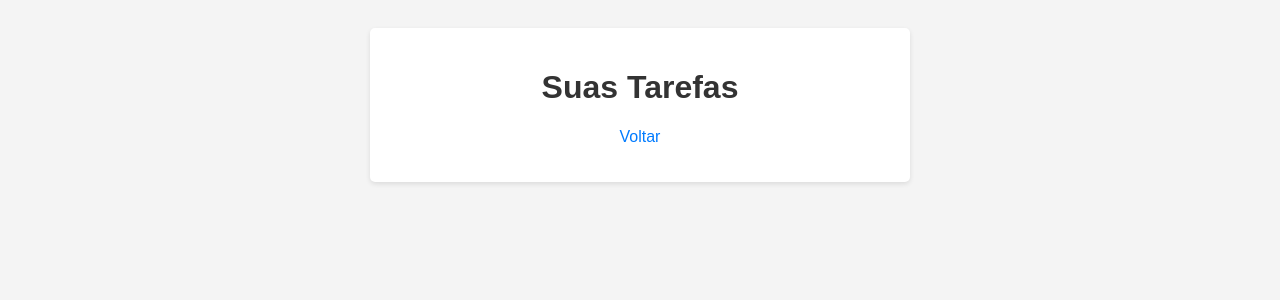
Repository: MathSena/jsp_curso
Page: http://localhost/jspdemo/todo.jsp
The author's editor kept a copy of each file at every save. The page is drawn from the files as they stood at one save, then again after the next save.
The browser window is 1280 px wide. The pictures show the whole page.
The page is served by Tomcat 9.

Above is the page before, as saved 2025-03-04 18:21:23.

After the next save:
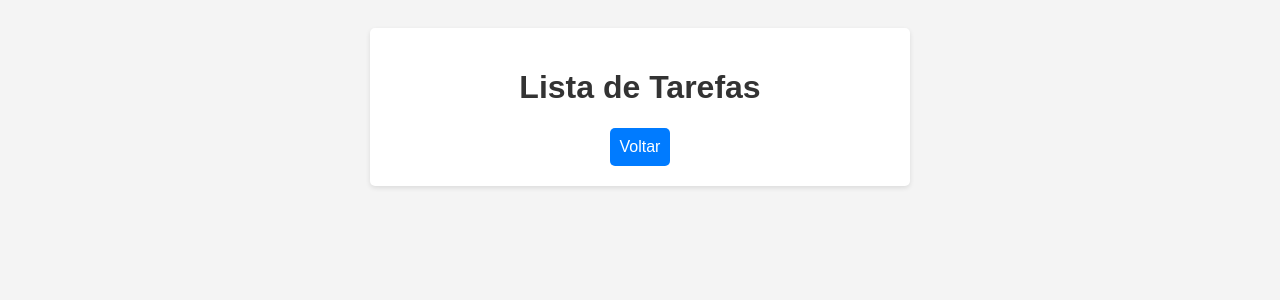
Saved 9 min 22 s later.
--- a/jspdemo/src/main/webapp/todo.jsp
+++ b/jspdemo/src/main/webapp/todo.jsp
@@ -1,72 +1,80 @@
 <%@ page import="java.util.ArrayList" %>
 <%@ page contentType="text/html;charset=UTF-8" language="java" %>
 <%
-    // Recupera a lista de tarefas armazenada na sessão
+    // Recupera a lista de tarefas da sessão (cria nova lista se necessário)
     ArrayList<String> tasks = (ArrayList<String>) session.getAttribute("tasks");
     if (tasks == null) {
-        // Se a lista não existir, cria uma nova e a armazena na sessão
-        tasks = new ArrayList<String>();
-        session.setAttribute("tasks", tasks);
-    }
-
-    // Se o formulário de adição foi submetido via POST com uma nova tarefa, adiciona à lista
-    String newTask = request.getParameter("task");
-    if (newTask != null && !newTask.trim().isEmpty()){
-        tasks.add(newTask.trim());
+         tasks = new ArrayList<String>();
+         session.setAttribute("tasks", tasks);
     }
 %>
 <!DOCTYPE html>
 <html lang="pt">
 <head>
     <meta charset="UTF-8">
-    <title>To-Do List - Tarefas</title>
+    <title>Lista de Tarefas - To-Do List</title>
     <style>
-        /* Estilização similar ao index.html */
-        body {
-            font-family: Arial, sans-serif;
-            background-color: #f4f4f4;
-            padding: 20px;
-        }
-        .container {
-            max-width: 500px;
-            margin: auto;
-            background: #fff;
-            padding: 20px;
-            border-radius: 5px;
-            box-shadow: 0 2px 5px rgba(0,0,0,0.1);
-        }
-        h1 {
-            text-align: center;
-            color: #333;
-        }
-        ul {
-            list-style-type: none;
-            padding: 0;
-        }
-        li {
-            background: #f9f9f9;
-            padding: 10px;
-            margin-bottom: 10px;
-            border-left: 5px solid #28a745;
-            border-radius: 3px;
-        }
-        a {
-            text-decoration: none;
-            color: #007BFF;
-        }
+         body {
+             font-family: Arial, sans-serif;
+             background-color: #f4f4f4;
+             padding: 20px;
+         }
+         .container {
+             max-width: 500px;
+             margin: auto;
+             background: #fff;
+             padding: 20px;
+             border-radius: 5px;
+             box-shadow: 0 2px 5px rgba(0,0,0,0.1);
+         }
+         h1 {
+             text-align: center;
+             color: #333;
+         }
+         ul {
+             list-style-type: none;
+             padding: 0;
+         }
+         li {
+             background: #f9f9f9;
+             padding: 10px;
+             margin-bottom: 10px;
+             border-left: 5px solid #28a745;
+             border-radius: 3px;
+         }
+         .voltar {
+             text-align: center;
+             margin-top: 20px;
+         }
+         .voltar button {
+             background-color: #007BFF;
+             padding: 10px;
+             color: #fff;
+             border: none;
+             border-radius: 5px;
+             cursor: pointer;
+             font-size: 16px;
+         }
+         .voltar button:hover {
+             background-color: #0056b3;
+         }
     </style>
 </head>
 <body>
     <div class="container">
-        <h1>Suas Tarefas</h1>
-        <!-- Exibe a lista de tarefas armazenadas na sessão -->
-        <ul>
-            <% for(String task : tasks) { %>
-                <li><%= task %></li>
-            <% } %>
-        </ul>
-        <!-- Link para voltar à página de inserção de tarefas -->
-        <p style="text-align: center;"><a href="index.html">Voltar</a></p>
+         <h1>Lista de Tarefas</h1>
+         <!-- Exibe a lista de tarefas -->
+         <ul>
+              <% for(String task : tasks) { %>
+                   <li><%= task %></li>
+              <% } %>
+         </ul>
+         <!-- Botão "Voltar" para retornar à página de adição -->
+         <div class="voltar">
+              <form action="index.jsp" method="get">
+                   <button type="submit">Voltar</button>
+              </form>
+         </div>
     </div>
 </body>
 </html>
